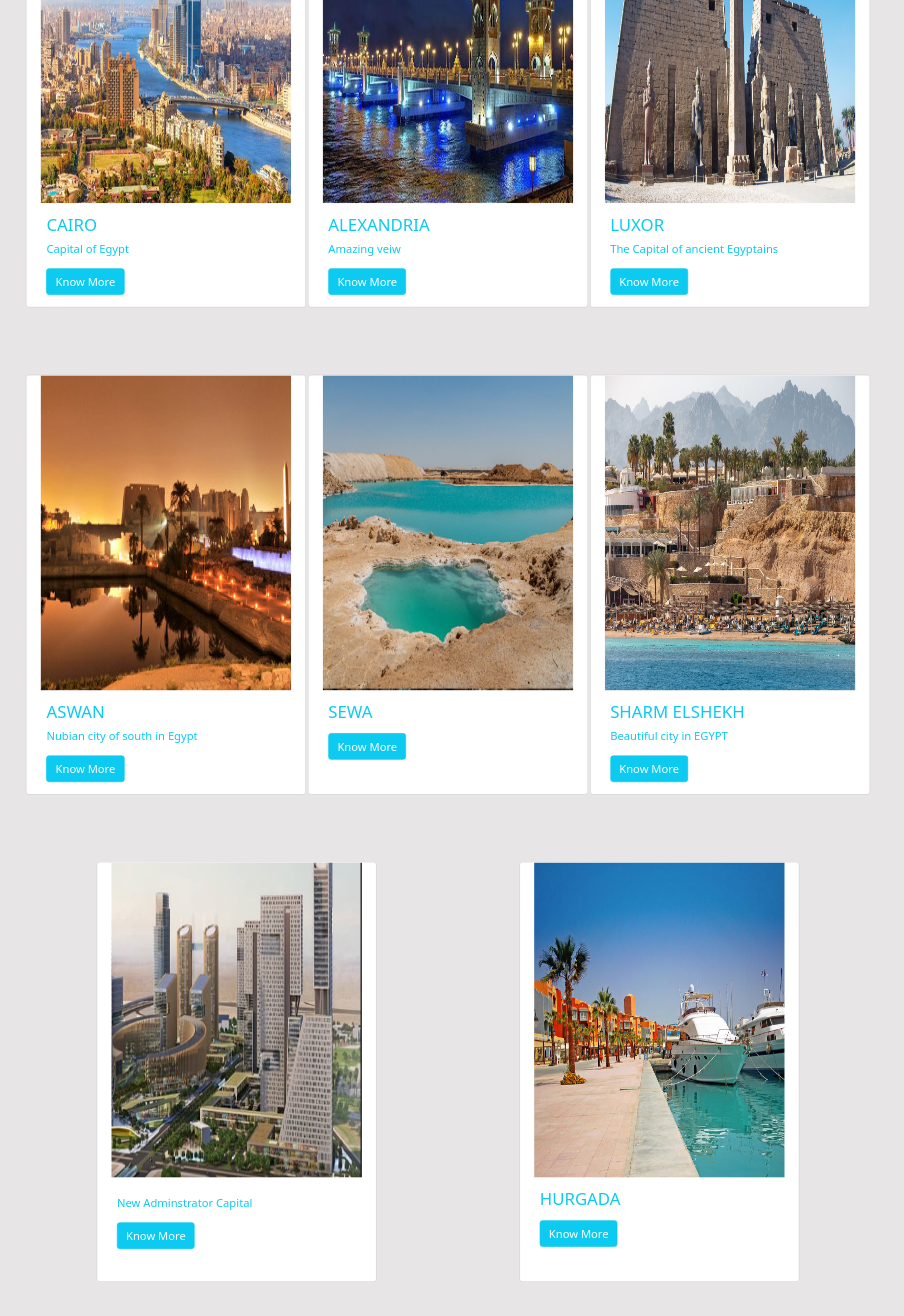
Repository: Ahmed123rezk123/P-temp
Page: index.html
An editor plug-in stored every save of this project. The page is shown before and after a run of saves, followed by the edit.
The browser window is 1280 px wide. The page is 1292 px wide, so the pictures cover 1292 px, including what lies to the right of the window. The pictures show the part of the page from y = 3805 to 5685 px (the page is 5685 px tall), at 70% of full size.
Backgrounds fixed to the window are drawn as part of the page.

Above is the page before, as saved 2024-02-18 11:45:18.

### index.html
<!DOCTYPE html>
<html lang="en">
  <head>
    <meta charset="UTF-8" />
    <meta name="viewport" content="width=device-width, initial-scale=1.0" />
    <title>Document</title>
    <link rel="stylesheet" href="CSS/all.css" />
    <link
    href="https://cdn.jsdelivr.net/npm/bootstrap@5.1.3/dist/css/bootstrap.min.css"
    rel="stylesheet"
    integrity="sha384-1BmE4kWBq78iYhFldvKuhfTAU6auU8tT94WrHftjDbrCEXSU1oBoqyl2QvZ6jIW3"
    crossorigin="anonymous"
    />
    <link rel="stylesheet" href="CSS/style.css" />
  </head>
  <body>
    <nav class="navbar navbar-expand-lg bg-light sticky-top opacity-75">
      <div class="container-fluid">
        <a class="navbar-brand egypt p-lg-3" href="#">
          <img
            src="images/e2533023876439.5632a45cc17d8.jpg"
            class="img-fluid logo mb-2"
            alt=""
          />
          EGYPT
        </a>
        <button
          class="navbar-toggler"
          type="button"
          data-bs-toggle="collapse"
          data-bs-target="#navbarSupportedContent"
          aria-controls="navbarSupportedContent"
          aria-expanded="false"
          aria-label="Toggle navigation"
        >
          <i class="fas fa-bars"></i>
        </button>
        <div class="collapse navbar-collapse" id="navbarSupportedContent">
          <ul class="navbar-nav me-auto mb-2 mb-lg-0">
            <li class="nav-item">
              <a
                class="nav-link active text-info p-lg-2"
                aria-current="page"
                href="#"
                >Home</a
              >
            </li>
            <li class="nav-item">
              <a class="nav-link text-info p-lg-2" href="#">Link</a>
            </li>
            <li class="nav-item dropdown">
              <a
                class="nav-link dropdown-toggle text-info border rounded border-info border-2 trips p-lg-2"
                href="#"
                id="navbarDropdown"
                role="button"
                data-bs-toggle="dropdown"
                aria-expanded="false"
              >
                Trips
              </a>
              <ul class="dropdown-menu" aria-labelledby="navbarDropdown">
                <li><a class="dropdown-item text-info" href="#">Cairo</a></li>
                <li><a class="dropdown-item text-info" href="#">Alex</a></li>
                <li><hr class="dropdown-divider text-info" /></li>
                <li><a class="dropdown-item text-info" href="#">Aswan</a></li>
                <li><a class="dropdown-item text-info" href="#">Luxor</a></li>
                <li>
                  <a class="dropdown-item text-info" href="#">Sharm Elsaikh</a>
                </li>
                <li>
                  <a class="dropdown-item text-info" href="#">El Glala</a>
                </li>
                <li>
                  <a class="dropdown-item text-info" href="#">More ...</a>
                </li>
              </ul>
            </li>
            <li class="nav-item">
              <a class="nav-link disabled text-info p-lg-2">About</a>
            </li>
          </ul>
          <form class="d-flex">
            <input
              class="form-control border-info me-2"
              type="search"
              placeholder="Search"
              aria-label="Search"
            />
            <button class="btn btn-info me-2 text-light" type="submit">
              Search
            </button>
            <button type="button" class="btn btn-info text-light"  data-bs-toggle="modal" data-bs-target="#exampleModal">
              Login
            </button>

          </form>
        </div>
      </div>
    </nav>
    <!-- start model -->
    <div
    class="modal fade"
    id="exampleModal"
    tabindex="-1"
    aria-labelledby="exampleModalLabel"
    aria-hidden="true"
  >
    <div class="modal-dialog">
      <div class="modal-content">
        <div class="modal-header bg-info">
          <h5 class="modal-title   text-white " id="exampleModalLabel">
            Login
          </h5>
          <button
            type="button"
            class="btn-close bg-light"
            data-bs-dismiss="modal"
            aria-label="Close"
          ></button>
        </div>
        <div class="modal-body text-info">
          <form>
            <div class="mb-3">
              <label for="exampleInputEmail1" class="form-label">Email address</label>
              <input type="email" class="form-control  border border-info" id="exampleInputEmail1" aria-describedby="emailHelp">
              <div id="emailHelp" class="form-text">We'll never share your email with anyone else.</div>
            </div>
            <div class="mb-3">
              <label for="exampleInputPassword1" class="form-label">Password</label>
              <input type="password" class="form-control border border-info" id="exampleInputPassword1">
            </div>
            <div class="form-check form-switch   ">
              <input class="form-check-input bg-info" type="checkbox" role="switch" id="flexSwitchCheckChecked" checked>
              <label class="form-check-label " for="flexSwitchCheckChecked">Remmember me</label>
            </div>
          </form>
        </div>

        <div class="modal-footer">
            <button type="button" class="btn btn-info text-white">Login</button>
          <button type="button" class="btn btn-info text-white"  data-bs-dismiss="modal"  aria-label="Close">
            Close
          </button>

        </div>
      </div>

    </div>
  </div>
  <!-- end model -->

<!--  Section 1-->
<ul class="links">
  <li><a href="#"><i class="fab fa-facebook-square"></i></a></li>
  <li><a href="#"><i class="fab fa-whatsapp-square"></i></a></li>
  <li><a href="#"><i class="fab fa-twitter-square"></i></a></li>
  <li><a href="#"><i class="fab fa-linkedin"></i></a></li>
  <li><a href="#"><i class="fab fa-instagram-square"></i></a></li>
</ul>
<div id="carouselExampleCaptions" class="carousel carousel-white slide" data-bs-ride="carousel">
  <div class="carousel-indicators">
    <button type="button" data-bs-target="#carouselExampleCaptions" data-bs-slide-to="0" class="active" aria-current="true" aria-label="Slide 1"></button>
    <button type="button" data-bs-target="#carouselExampleCaptions" data-bs-slide-to="1" aria-label="Slide 2"></button>
    <button type="button" data-bs-target="#carouselExampleCaptions" data-bs-slide-to="2" aria-label="Slide 3"></button>
    <button type="button" data-bs-target="#carouselExampleCaptions" data-bs-slide-to="3" aria-label="Slide 4"></button>
    <button type="button" data-bs-target="#carouselExampleCaptions" data-bs-slide-to="4" aria-label="Slide 5"></button>
    <button type="button" data-bs-target="#carouselExampleCaptions" data-bs-slide-to="5" aria-label="Slide 6"></button>
  </div>
  <div class="carousel-inner">
    <div class="carousel-item active" data-bs-interval="10000">
      <img src="images/cairo.jpg" class="" alt="...">

      <div class="carousel-caption d-none d-md-block content">
        <h1 class="text-white">CAIRO</h1>
        <p class="text-white">We had such a great time in Egypt</p>
        <button type="button" class="btn btn-info text-white">Visit Us</button>
      </div>

    </div>
    <div class="carousel-item" data-bs-interval="2000">
      <img src="images/Alex.jpg" class="" alt="...">
      <div class="carousel-caption d-none d-md-block content">
        <h1 class="text-white">ALEX</h1>
        <p class="text-white">Alex is great</p>
        <button type="button" class="btn btn-info text-white">Visit Us</button>
      </div>
    </div>
    <div class="carousel-item">
      <img src="images/sharm.jpg" class="" alt="...">
      <div class="carousel-caption d-none d-md-block content">
        <h1 class="text-white">Sharm Elshekh</h1>
        <p class="text-white">Sharm is beautiful</p>
        <button type="button" class="btn btn-info text-white">Visit Us</button>
      </div>
    </div>
    <div class="carousel-item">
      <img src="images/glala.jpg" class="" alt="...">
      <div class="carousel-caption d-none d-md-block col-sm-12 content">
        <h1 class="text-white">El Glala</h1>
        <p class="text-white">I love El Glala</p>
        <button type="button" class="btn btn-info text-white">Visit Us</button>
      </div>
    </div>
    <div class="carousel-item">
      <img src="images/aswan.jpg" class="" alt="...">
      <div class="carousel-caption d-none d-md-block content">
        <h1 class="text-white">Aswan</h1>
        <p class="text-white">I want Visit Aswan</p>
        <button type="button" class="btn btn-info text-white">Visit Us</button>
      </div>
    </div>
    <div class="carousel-item">
      <img src="images/الأقصر-2.jpg" class="" alt="...">
      <div class="carousel-caption d-none d-md-block content">
        <h1 class="text-white">Luxor</h1>
        <p class="text-white">I love this city</p>
        <button type="button" class="btn btn-info text-white">Visit Us</button>
      </div>
    </div>
  </div>
  <button class="carousel-control-prev" type="button" data-bs-target="#carouselExampleCaptions" data-bs-slide="prev">
    <span class="carousel-control-prev-icon text-white" aria-hidden="true"></span>
    <span class="visually-hidden">Previous</span>
  </button>
  <button class="carousel-control-next" type="button" data-bs-target="#carouselExampleCaptions" data-bs-slide="next">
    <span class="carousel-control-next-icon" aria-hidden="true"></span>
    <span class="visually-hidden">Next</span>
  </button>
</div>
<!-- Start section 2 -->
<div class="section2 mb-3 ">
  <div class="content p-4">
    <h2>WELCOME</h2>
    <p>Lorem ipsum, dolor sit amet consectetur adipisicing elit. Nihil provident ullam dolores distinctio maxime nesciunt fugit atque, cumque perspiciatis error vero tempore minus maiores molestiae et rerum voluptatum debitis! Dolorum.</p>
    <button class="btn btn-light text-info">Learn more</button>
  </div>
</div>
<hr>
<!-- End section 2 -->

<!-- start section 3 -->
<div class="section3 mb-3 ">
  <h1>Popular destinations in Egypt</h1>
</div>
<!-- End section 3 -->

<!-- Start section 4 -->
<div id="accordion">

  <div class="card">
    <div class="card-header">
      <a class="btn" data-bs-toggle="collapse" href="#collapseOne">
        GIZA CITY
      </a>
    </div>
    <div id="collapseOne" class="collapse show" data-bs-parent="#accordion">
      <div class="card-body bg-light">
        Lorem ipsum dolor sit, amet consectetur adipisicing elit. Provident possimus earum dolorem quasi ipsum mollitia amet laborum rem soluta.
      </div>
    </div>
  </div>

  <div class="card">
    <div class="card-header card-head">
      <a class="collapsed btn" data-bs-toggle="collapse" href="#collapseTwo">
       LUXOR CITY
      </a>
    </div>
    <div id="collapseTwo" class="collapse" data-bs-parent="#accordion">
      <div class="card-body">
        Lorem ipsum dolor sit, amet consectetur adipisicing elit. Provident possimus earum dolorem quasi ipsum mollitia amet laborum rem soluta.
      </div>
    </div>
  </div>

  <div class="card">
    <div class="card-header card-head">
      <a class="collapsed btn" data-bs-toggle="collapse" href="#collapseThree">
      SHARM ElSAIKH
      </a>
    </div>
    <div id="collapseThree" class="collapse" data-bs-parent="#accordion">
      <div class="card-body">
        Lorem ipsum dolor sit, amet consectetur adipisicing elit. Provident possimus earum dolorem quasi ipsum mollitia amet laborum rem soluta.
      </div>
    </div>
  </div>
</div>
<hr>
<!-- End Section 4 -->


<!-- Start section 5 -->
<div class="section5 ">
  <h1>Translate From Arabic To English</h1>
</div>
<!-- End section 5 -->


<!-- start section 6 -->
  <div class="section6">
    <div class="content">
      <p class="text-white">Write and Translate <button>Press Here</button></p>
      <button type="button" class="btn  text-info bg-white mb-3" data-bs-toggle="tooltip" data-bs-placement="right-bottom" title="Copy to Clipboard"  data-bs-toggle="popover" title="Popover Header" data-bs-content="Some content inside the popover">Copy</button>
      <div class="form-floating">
        <textarea class="form-control" placeholder="translate:" id="floatingTextarea" style="height: 200px"></textarea>
        <label for="floatingTextarea">Translate:</label>
      </div>
    </div>
  </div>
  <hr>
<!-- End section 6 -->
<!-- Start Section 7 -->
<div class="section7 ">
  <h1>Translate From Arabic To French</h1>
</div>
<!-- End Section 7 -->

<!-- start section 8 -->
<div class="section8">
  <div class="content">
    <p class="text-white">Write and Translate <button>Press Here</button></p>
    <button class="btn  text-info bg-white mb-3">Copy</button>
    <div class="form-floating">
      <textarea class="form-control" placeholder="translate:" id="floatingTextarea" style="height: 200px"></textarea>
      <label for="floatingTextarea">Translate:</label>
    </div>
  </div>
</div>
<hr>
<!-- End section 8 -->


<!-- Start Section 9 -->
<div class="section7 ">
  <h1>Translate From Arabic To German</h1>
</div>
<!-- End Section 9 -->

<!-- start section 10 -->
<div class="section8">
  <div class="content">
    <p class="text-white">Write and Translate <button>Press Here</button></p>
    <button class="btn  text-info bg-white mb-3">Copy</button>
    <div class="form-floating">
      <textarea class="form-control" placeholder="translate:" id="floatingTextarea" style="height: 200px"></textarea>
      <label for="floatingTextarea">Translate:</label>
    </div>
  </div>
</div>
<hr>
<!-- End section 10 -->
<!-- Start Section 11 -->
<div class="section11 ">
<div class="overlay">
 <div class="image">
 </div>
</div>
 </div>
<!-- End Section 11 -->
  <!-- Start Section 12 -->
  <div class="section12 text-center mb-5">
    <h1>Popular destinations in Egypt</h1>
  </div>
  <!-- End section 12 -->

  <!-- Start Section 13 -->
    <div class="section13 ">
      <div class="row  d-flex justify-content-around p-5">
      <div class="col-sm-4 card rounded-3" style="width:400px; height: 600px;">
        <img class="card-img-top rounded-top img-fluid ps-2 pe-2 " style="height: 450px;" src="images/cairo-city-egypt-2020(visit).jpg" alt="Card image">
        <div class="card-body">
          <h4 class="card-title text-info">CAIRO</h4>
          <p class="card-text text-info">Capital of Egypt</p>
          <a href="#" class=" btn btn-info text-white">Know More</a>
        </div>
      </div>

      <div class="col-sm-4 card rounded-3" style="width:400px; height: 600px;">
        <img class="card-img-top rounded-top img-fluid ps-2 pe-2 " style="height: 450px;" src="images/Alexandria-City(visit).jpg" alt="Card image">
        <div class="card-body">
          <h4 class="card-title text-info">ALEXANDRIA</h4>
          <p class="card-text text-info">Amazing veiw</p>
          <a href="#" class=" btn btn-info text-white">Know More</a>
        </div>
      </div>

      <div class="col-sm-4 card rounded-3" style="width:400px; height: 600px;">
        <img class="card-img-top rounded-top img-fluid ps-2 pe-2 " style="height: 450px;" src="images/visit1(luxor).jpg" alt="Card image">
        <div class="card-body">
          <h4 class="card-title text-info">LUXOR</h4>
          <p class="card-text text-info">The Capital of ancient Egyptains</p>
          <a href="#" class=" btn btn-info text-white">Know More</a>
        </div>
      </div>
      </div>
      <div class="row d-flex justify-content-around p-5">
      <div class="col-sm-4 card rounded-3" style="width:400px; height: 600px;">
        <img class="card-img-top rounded-top img-fluid ps-2 pe-2 " style="height: 450px;" src="images/visit2(aswan).jpg" alt="Card image">
        <div class="card-body">
          <h4 class="card-title text-info">ASWAN</h4>
          <p class="card-text text-info">Nubian city of south in Egypt</p>
          <a href="#" class=" btn btn-info text-white">Know More</a>
        </div>
      </div>

      <div class="col-sm-4 card rounded-3" style="width:400px; height: 600px;">
        <img class="card-img-top rounded-top img-fluid ps-2 pe-2 " style="height: 450px;" src="images/visit3(sewa).png" alt="Card image">
        <div class="card-body">
          <h4 class="card-title text-info">SEWA</h4>
          <p class="card-text text-info"></p>
          <a href="#" class=" btn btn-info text-white">Know More</a>
        </div>
      </div>

      <div class="col-sm-4 card rounded-3" style="width:400px; height: 600px;">
        <img class="card-img-top rounded-top img-fluid ps-2 pe-2 " style="height: 450px;" src="images/sharm-el-sheikh-1.jpg" alt="Card image">
        <div class="card-body">
          <h4 class="card-title text-info">SHARM ELSHEKH</h4>
          <p class="card-text text-info">Beautiful city in EGYPT</p>
          <a href="#" class=" btn btn-info text-white">Know More</a>
        </div>
      </div>
</div>
      <div class="row d-flex justify-content-around p-5">
      <div class=" col-sm-6 card rounded-3" style="width:400px; height: 600px;">
        <img class="card-img-top rounded-top img-fluid ps-2 pe-2 " style="height: 450px;" src="images/new bulidimg.jpg" alt="Card image">
        <div class="card-body">
          <h4 class="card-title text-info"></h4>
          <p class="card-text text-info">New Adminstrator Capital</p>
              <a href="#" class=" btn btn-info text-white">Know More</a>
        </div>
      </div>

      <div class="col-sm-6 card rounded-3" style="width:400px; height: 600px;">
        <img class="card-img-top rounded-top img-fluid ps-2 pe-2 " style="height: 450px;" src="images/Hurghada-marina.jpg" alt="Card image">
        <div class="card-body">
          <h4 class="card-title text-info">HURGADA</h4>
          <p class="card-text text-info"></p>
              <a href="#" class=" btn btn-info text-white">Know More</a>
        </div>
      </div>
</div>
    </div>
  <!-- End Section 13 -->

  <script
      src="https://cdn.jsdelivr.net/npm/bootstrap@5.1.3/dist/js/bootstrap.bundle.min.js"
      integrity="sha384-ka7Sk0Gln4gmtz2MlQnikT1wXgYsOg+OMhuP+IlRH9sENBO0LRn5q+8nbTov4+1p"
      crossorigin="anonymous"
    >
//   var popoverTriggerList = [].slice.call(document.querySelectorAll('[data-bs-toggle="popover"]'))
// var popoverList = popoverTriggerList.map(function (popoverTriggerEl) {
//   return new bootstrap.Popover(popoverTriggerEl)
// })
  </script>
  </body>
</html>

Loaded but not shown: CSS/all.css (library); CSS/style.css (304 lines, source omitted)

After the next 3 saves:
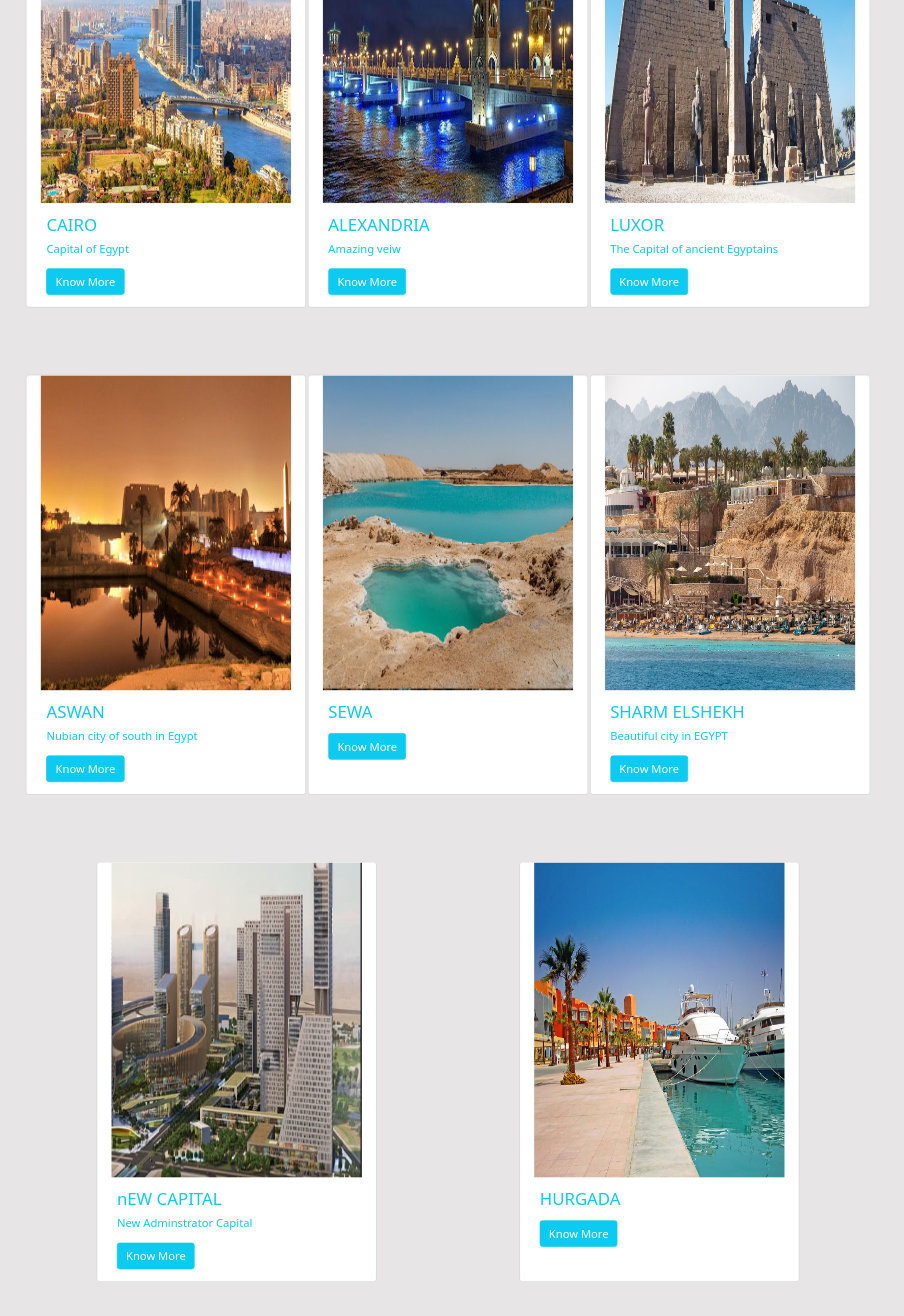
The 3 saves are shown as one change because they came seconds apart.
The last was saved 16 s later.
--- a/index.html
+++ b/index.html
@@ -427,7 +427,7 @@
       <div class=" col-sm-6 card rounded-3" style="width:400px; height: 600px;">
         <img class="card-img-top rounded-top img-fluid ps-2 pe-2 " style="height: 450px;" src="images/new bulidimg.jpg" alt="Card image">
         <div class="card-body">
-          <h4 class="card-title text-info"></h4>
+          <h4 class="card-title text-info">nEW CAPITAL</h4>
           <p class="card-text text-info">New Adminstrator Capital</p>
               <a href="#" class=" btn btn-info text-white">Know More</a>
         </div>
